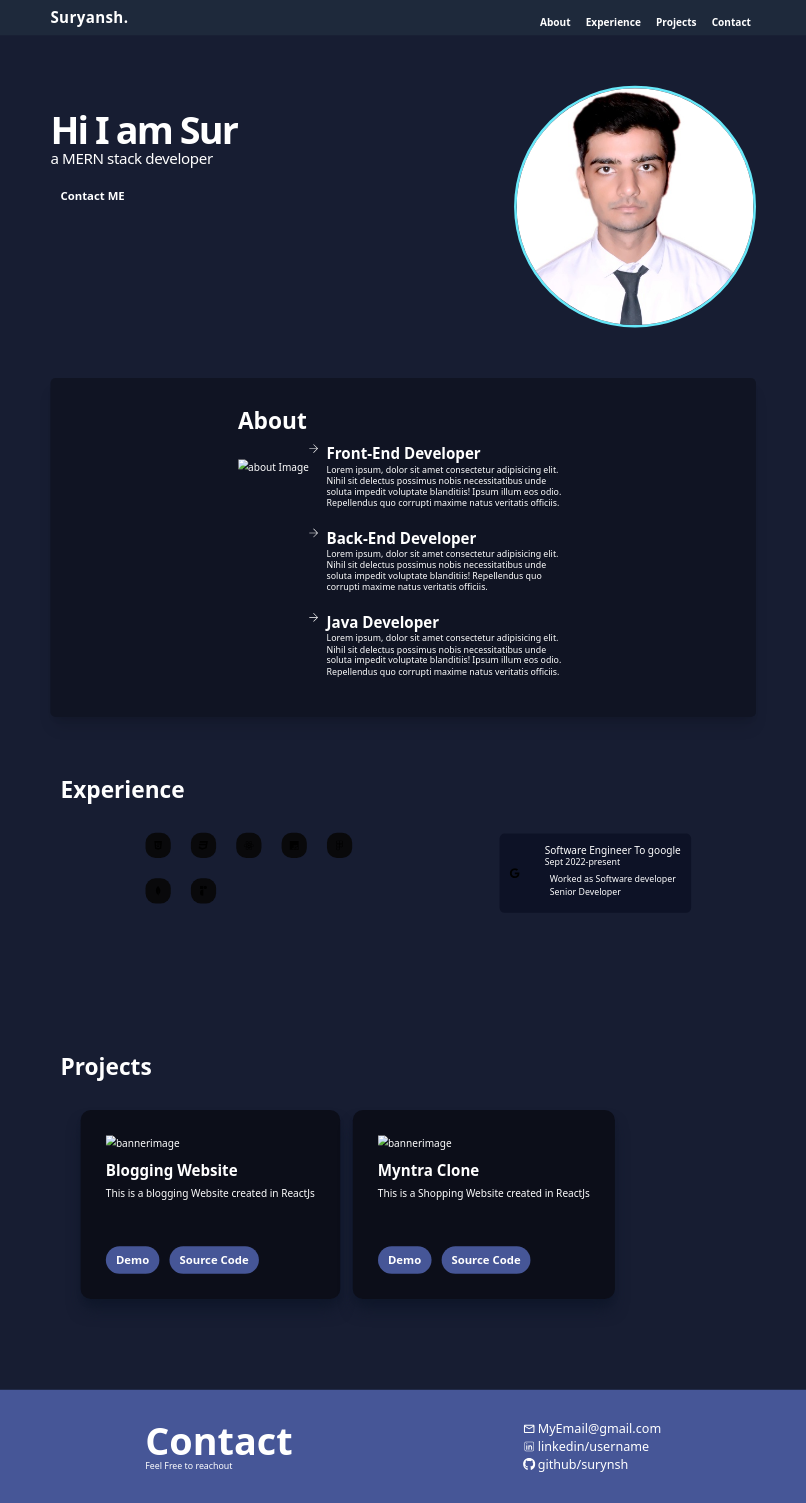
Repository: suryanshsingh99181/portfolio
Page: /
The author's editor kept a copy of each file at every save. The page is drawn from the files as they stood at one save, then again after the next save.
The browser window is 1280 px wide. The pictures show the whole page, at 63% of full size.
The project was rebuilt for these pictures with package versions that can differ from the ones it lists, and the page was loaded fresh each time. Also part of the build but not shown: vite.config.js.

Above is the page before, as saved 2024-08-22 02:10:11.

### src/main.jsx
import { StrictMode } from "react";
import { createRoot } from "react-dom/client";
import App from "./App.jsx";
import "./index.css";
import { BrowserRouter, Router } from "react-router-dom";

createRoot(document.getElementById("root")).render(
  <StrictMode>
    <App />
  </StrictMode>
);

### src/App.jsx
import About from "./Components/about/About";
import Experience from "./Components/experience/Experience";
import Footer from "./Components/footer/Footer";
import Home from "./Components/home/Home";
import Navbar from "./Components/navbar/Navbar";
import Projects from "./Components/Projects/Projects";
import "./index.css";

function App() {
  return (
    <div className="bg-[#171d32] h-auto w-full overflow-hidden">
      <Navbar></Navbar>
      <Home></Home>
      <About></About>
      <Experience></Experience>
      <Projects></Projects>
      <Footer></Footer>
    </div>
  );
}

export default App;

### src/Components/about/About.jsx
import { InboxArrowDownIcon } from "@heroicons/react/16/solid";
import { TfiArrowRight } from "react-icons/tfi";

const About = () => {
  return (
    <div
      id="About"
      className="text-white md:flex overflow-hidden items-center md:flex-wrap md:justify-center bg-black shadow-xl mx-0 md:mx-20 bg-opacity-30 rounded-lg p-12"
    >
      <div>
        <h2 className="text-2xl md:text-4xl font-bold">About</h2>
        <div className="md:flex flex-wrap flex-col md:flex-row items-center">
          <img className="md:h-80" src={""} alt="about Image" />
          <ul>
            <div className="flex gap-3 py-4">
              <TfiArrowRight />
              <span className="w-96">
                <h1 className="text-xl md:text-2xl font-semibold leading-normal">
                  {" "}
                  Front-End Developer
                </h1>
                <p className="text-sm md:text-md leading-tight">
                  {" "}
                  Lorem ipsum, dolor sit amet consectetur adipisicing elit.
                  Nihil sit delectus possimus nobis necessitatibus unde soluta
                  impedit voluptate blanditiis! Ipsum illum eos odio.
                  Repellendus quo corrupti maxime natus veritatis officiis.
                </p>
              </span>
            </div>
            <div className="flex gap-3 py-4">
              <TfiArrowRight />
              <span className="w-96">
                <h1 className="text-xl md:text-2xl font-semibold leading-normal">
                  {" "}
                  Back-End Developer
                </h1>
                <p className="text-sm md:text-md leading-tight">
                  {" "}
                  Lorem ipsum, dolor sit amet consectetur adipisicing elit.
                  Nihil sit delectus possimus nobis necessitatibus unde soluta
                  impedit voluptate blanditiis! Repellendus quo corrupti maxime
                  natus veritatis officiis.
                </p>
              </span>
            </div>
            <div className="flex gap-3 py-4">
              <TfiArrowRight />
              <span className="w-96">
                <h1 className="text-xl md:text-2xl font-semibold leading-normal">
                  {" "}
                  Java Developer
                </h1>
                <p className="text-sm md:text-md leading-tight">
                  {" "}
                  Lorem ipsum, dolor sit amet consectetur adipisicing elit.
                  Nihil sit delectus possimus nobis necessitatibus unde soluta
                  impedit voluptate blanditiis! Ipsum illum eos odio.
                  Repellendus quo corrupti maxime natus veritatis officiis.
                </p>
              </span>
            </div>
          </ul>
        </div>
      </div>
    </div>
  );
};

export default About;

### src/Components/experience/Experience.jsx
import {
  FaCss3,
  FaFigma,
  FaGoogle,
  FaHtml5,
  FaJs,
  FaReact,
} from "react-icons/fa";
import { SiMongodb, SiRadixui } from "react-icons/si";

const Experience = () => {
  return (
    <div id="Experience" className="p-10 md:p-24">
      <h1 className="text-2xl md:text-4xl text-white font-bold">Experience</h1>
      <div className="flex flex-wrap items-center justify-around">
        <div className="flex flex-wrap md:w-2/5 gap-8 md:p-12 py-10">
          <span className="p-3 bg-zinc-950 flex items-center rounded-2xl ">
            <FaHtml5 />
          </span>
          <span className="p-3 bg-zinc-950 flex items-center rounded-2xl ">
            <FaCss3 />
          </span>
          <span className="p-3 bg-zinc-950 flex items-center rounded-2xl ">
            <FaReact />
          </span>
          <span className="p-3 bg-zinc-950 flex items-center rounded-2xl ">
            <FaJs />
          </span>
          <span className="p-3 bg-zinc-950 flex items-center rounded-2xl ">
            <FaFigma />
          </span>
          <span className="p-3 bg-zinc-950 flex items-center rounded-2xl ">
            <SiMongodb />
          </span>
          <span className="p-3 bg-zinc-950 flex items-center rounded-2xl ">
            <SiRadixui />
          </span>
        </div>
        <div className="flex gap-10 bg-slate-950 bg-opacity-45 mt-4 rounded-lg p-4 items-center">
          <FaGoogle />
          <span className="text-white">
            <h2 className=" leading-tight ">Software Engineer To google</h2>
            <p className="text-sm leading-tight font-thin">Sept 2022-present</p>
            <ul className="text-sm p-2">
              <li>Worked as Software developer</li>
              <li>Senior Developer</li>
            </ul>
          </span>
        </div>
      </div>
    </div>
  );
};

export default Experience;

### src/Components/footer/Footer.jsx
import { CiLinkedin } from "react-icons/ci";
import { FaGithub } from "react-icons/fa";
import { MdOutlineEmail } from "react-icons/md";

const Footer = () => {
  return (
    <div
      id="Contact"
      className="flex justify-around bg-[#465697] text-white p-10 md:p-12 items-center"
    >
      <div>
        <h1 className="text-2xl md:text-6xl font-bold">Contact</h1>
        <h3 className="text-2xl md:text-sm font-normal ">
          Feel Free to reachout
        </h3>
      </div>
      <ul className="text-sm md:text-xl">
        <li className="flex gap-1 items-center">
          <MdOutlineEmail />
          MyEmail@gmail.com
        </li>
        <li className="flex gap-1 items-center">
          <CiLinkedin />
          linkedin/username
        </li>
        <li className="flex gap-1 items-center">
          <FaGithub />
          github/surynsh
        </li>
      </ul>
    </div>
  );
};

export default Footer;
<div></div>;

### src/Components/home/Home.jsx
import React from "react";
import image from "../../assets/suryansh.jpg";
import TextChanger from "../../TextChanger";

const Home = () => {
  return (
    <div className="text-white flex w-full justify-between items-start p-10 md:p-20">
      <div className="md:w-2/4 md:pt-10">
        <h1 className="text-3xl md:text-6xl font-bold flex leading-normal tracking-tighter ">
          <TextChanger />
        </h1>
        <p className="text-sm md:text-2xl leading-tight tracking-tight">
          a MERN stack developer
        </p>
        <button className="mt-5 md:md-10 text-white py-2 px-3 text-sm md:text-lg md:px-4 hover:opacity-85 duration-300 hover:scale-105 font-semibold rounded-3xl bg-[#46]">
          Contact ME
        </button>
      </div>
      <div>
        <img
          className="h-96 w-96 rounded-full object-cover object-center border-4 border-cyan-300 "
          src={image}
          alt=""
        />
      </div>
    </div>
  );
};

export default Home;

### src/Components/navbar/Navbar.jsx
import { RiCloseLine, RiMenu3Line } from "@remixicon/react";
import React, { useState } from "react";

const Navbar = () => {
  const [showMenu, setShowMenu] = useState(true);
  const [menu, openMenu] = useState(false);
  return (
    <nav className="flex flex-wrap justify-between md:items-center text-white px-10 md:px-20 bg-slate-800 ">
      <span className="text-2xl font-bold tracking-wide hover:text-cyan-200">
        Suryansh.
      </span>
      <ul
        className={`mx-24  py-2 mt-4 font-semibold md:-5 bg-black px-2 rounded-xl bg-opacity-30 md:border-none text-center md:bg-transparent md:static md:mx-0 md:flex gap-6 ${
          menu ? "block" : "hidden"
        }`}
      >
        <a href="#About">
          <li className="text-md transition-all duration-500 p-1 md:p-0 hover:text-cyan-200 hover:underline ">
            About
          </li>
        </a>
        <a href="#Experience">
          <li className="text-md transition-all duration-300 p-1 md:p-0 hover:text-cyan-200 hover:underline">
            Experience
          </li>
        </a>
        <a href="#Projects">
          <li className="text-md transition-all duration-300 p-1 md:p-0 hover:text-cyan-200 hover:underline">
            Projects
          </li>
        </a>
        <a href="#Contact">
          <li className="text-md transition-all duration-300 p-1 md:p-0 hover:text-cyan-200 hover:underline">
            Contact
          </li>
        </a>
      </ul>
      {showMenu ? (
        <RiMenu3Line
          size={30}
          className="md:hidden absolute right-10 top-6 transition-all duration-300"
          onClick={() => {
            openMenu(!menu);
            setShowMenu(!showMenu);
          }}
        />
      ) : (
        <RiCloseLine
          size={30}
          className="md:hidden absolute right-10 top-6 transition-all duration-300"
          onClick={() => {
            openMenu(!menu);
            setShowMenu(!showMenu);
          }}
        />
      )}
    </nav>
  );
};

export default Navbar;

### src/Components/Projects/Projects.jsx
import ProjectCard from "./ProjectCard";

const Projects = () => {
  return (
    <div id="Projects" className="p-10 md:p-24 text-white">
      <h1 className="text-2xl md:text-4xl text-white font-bold">Projects</h1>
      <div className="py-12 px-8 flex flex-wrap gap-5">
        <ProjectCard
          title="Blogging Website"
          main="This is a blogging Website created in ReactJs"
        />
        <ProjectCard
          title="Myntra Clone"
          main="This is a Shopping Website created in ReactJs"
        />
      </div>
    </div>
  );
};

export default Projects;

### src/TextChanger.jsx
import { useState, useEffect } from "react";

const TextChanger = () => {
  const texts = ["Hi I am Suryansh", "Hi I am Suryansh", "Hi I am Suryansh"];
  const [currentText, setCurrentText] = useState("");
  const [endValue, setEndValue] = useState(true);
  const [isForward, setIsForward] = useState(true);
  const [index, setIndex] = useState(0);

  useEffect(() => {
    const intervalId = setInterval(() => {
      setCurrentText(texts[index].substring(0, endValue));
      if (isForward) {
        setEndValue((prev) => prev + 1);
      } else {
        setEndValue((prev) => prev - 1);
      }
      if (endValue > texts[index].length + 10) {
        setIsForward(false);
      }
      if (endValue < 2.1) {
        setIsForward(true);
        setIndex((prev) => prev & texts.length);
      }
    }, 50);
    return () => clearInterval(intervalId);
  }, [endValue, isForward, index, texts]);
  return <div className="transition ease duration-300">{currentText}</div>;
};

export default TextChanger;

### src/Components/Projects/ProjectCard.jsx
const ProjectCard = ({ title, main }) => {
  return (
    <div className="p-3 md:p-6 flex flex-col bg-[#0c0e19] shadow-xl shadow-slate-900 rounded-2xl">
      <img className="p-4" src={""} alt="bannerimage" />
      <h3 className="px-4 text-xl md:text-2xl font-bold leading-normal">
        {title}
      </h3>
      <p className="px-4 text-sm md:text-base leading-tight py-2">{main}</p>
      <div className="mt-2 p-2 md:p-4 flex gap-2 md:gap-4 ">
        <button className="md:mt-10 text-white py-2 px-3 text-sm md:text-lg md:py-2 md:px-4 hover:opacity-85 duration-300 hover:scale-105 font-semibold rounded-3xl bg-[#465697]">
          Demo
        </button>
        <button className="md:mt-10 text-white py-2 px-3 text-sm md:text-lg md:py-2 md:px-4 hover:opacity-85 duration-300 hover:scale-105 font-semibold rounded-3xl bg-[#465697]">
          Source Code
        </button>
      </div>
    </div>
  );
};

export default ProjectCard;

Loaded but not shown: index.html (common file); src/index.css (common file); tailwind.config.js (common file)

After the next save:
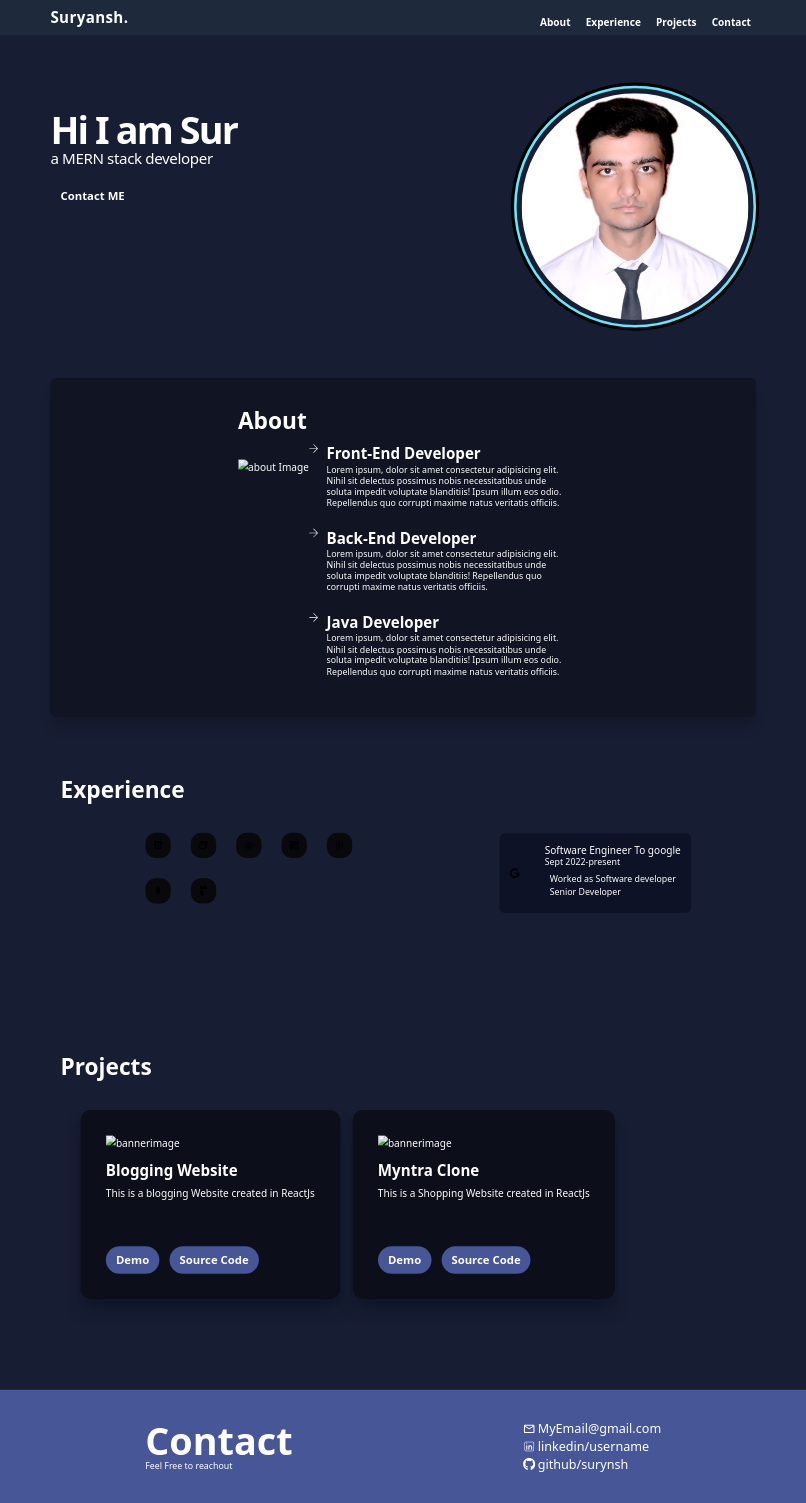
Saved 51 s later.
--- a/src/Components/home/Home.jsx
+++ b/src/Components/home/Home.jsx
@@ -18,7 +18,7 @@
       </div>
       <div>
         <img
-          className="h-96 w-96 rounded-full object-cover object-center border-4 border-cyan-300 "
+          className="h-96 w-96 rounded-full object-cover object-center p-2 border-4 border-cyan-300 shadow-[0_0_0_5px_rgba(0,0,0,1)]"
           src={image}
           alt=""
         />
